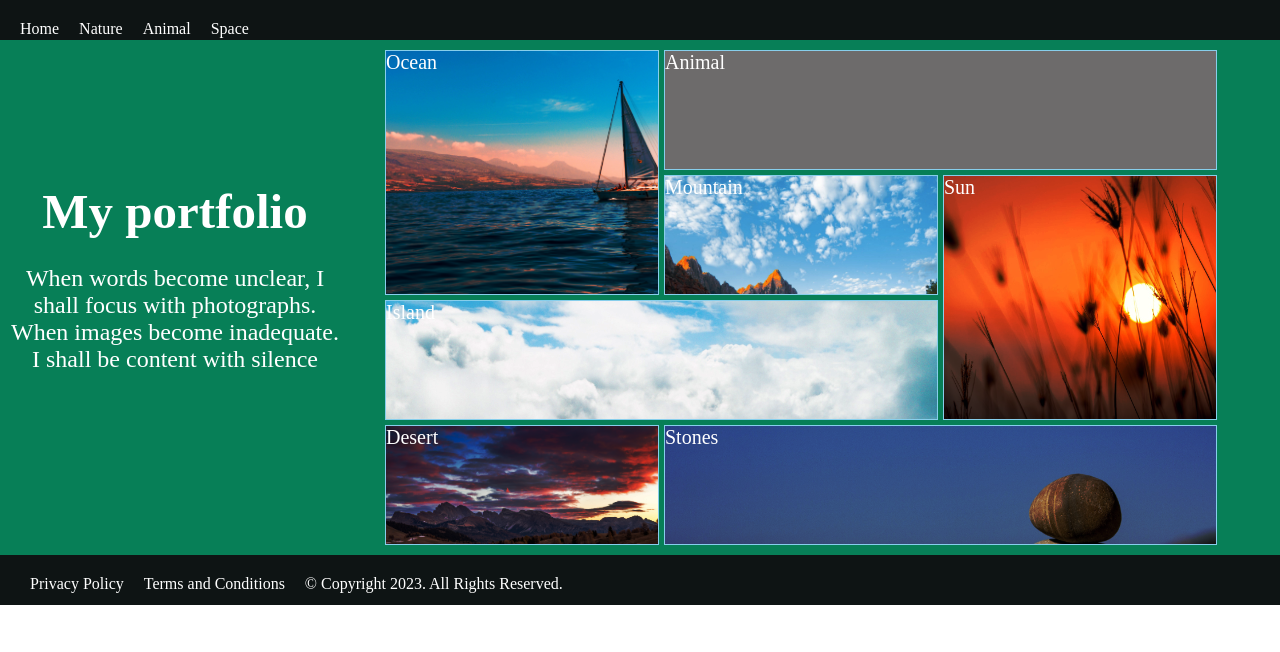
Repository: suraj-yadav7/03_Gallery_Portfolio
Page: index.html
These files come from the project's save history. The page is drawn as it stood at one moment and after the next save; the edit follows.
The browser window is 1280 px wide. The pictures show the whole page.
Pictures or frames that could not be fetched are drawn as grey boxes. Some web fonts or font styles are not loaded; a fallback is used.

Above is the page before, as saved 2023-02-14 21:26:49.

### index.html
<!DOCTYPE html>
<html lang="en">
<head>
    <meta charset="UTF-8">
    <meta http-equiv="X-UA-Compatible" content="IE=edge">
    <meta name="viewport" content="width=device-width, initial-scale=1.0">
    <title>Gallery</title>
    <link rel="stylesheet" href="style.css">
</head>
<body>
    <nav class="nav-section">
        <div class="nav-container">
        <ul class="nav-item flex">
            <li>    <a href="#">Home</a>   </li>
            <li>    <a href="#">Nature</a> </li>
            <li>    <a href="#">Animal</a> </li>
            <li>    <a href="#">Space</a> </li>
        </ul>
        </div>
    </nav>

        <div class="container flex">
            <div class="header-text">
                <h1 class="heading">My portfolio</h1>
                <p class="para">When words become unclear, I shall focus with photographs. When images become inadequate. I shall be content with silence</p>
            </div>
            <div class="gallery-layout">
                <div class="box" id="box1">Ocean</div>
                <div class="box" id="box2">Animal</div>
                <div class="box" id="box3">Mountain</div>
                <div class="box" id="box4">Sun</div>
                <div class="box" id="box5">Island</div>
                <div class="box" id="box6">Desert</div>
                <div class="box" id="box7">Stones</div>
            </div>
        </div>
        <footer>
            <div class="flex">
                <a>Privacy Policy</a>
                <a>Terms and Conditions</a>
                <a>© Copyright 2023. All Rights Reserved.</a>
            </div>
        </footer>
</body>
</html>

### style.css
@import url('https://fonts.googleapis.com/css2?family=Bodoni+Moda:ital,opsz@0,6..96;1,6..96&display=swap');

*{
    margin: 0;
    padding: 0;
    box-sizing: border-box;
}

:root{
    --primary-text-color: #1a0000;
    --secondary-text-color:  #33331a;
    --accent-color:  #cc99ff;
    --accent-dark-color: #4d88ff;
    --padding-inline-section: 20px;
}


/* Utility */


a{
    text-decoration: none;
    color: rgb(255, 255, 255);


}

.flex{
    display: flex;
    align-items: center;

}

/* Nav section */
.nav-container{
    background-color: rgb(14, 20, 20);
    padding: var(--padding-inline-section);
    font-family: 'Bodoni Moda', serif;
    font-size: 1rem;
    height: 2rem;


}
.nav-item{
    gap: 20px;
    list-style: none;
}
a:hover{
    color:#fff;
}

/*main -section */
.container{
    background-color: rgb(7, 127, 87);
    padding-block: 10px;
    gap: 35px;
    font-family: "bodoni modo" ;

}
.header-text{
    height: 250px;
   width: 350px;
    color: white;
    text-align: center;
    padding: 10px;

}
.heading{
    font-size: 49px;
}
.para{
    margin-top: 25px;
    font-size: 1.5rem;
}
.gallery-layout{
    display: grid;
    row-gap: 5px;
    column-gap: 5px;
    grid-template-columns: repeat(3, 1fr);
    grid-auto-rows: 120px;
    flex-basis: 65%;

}

.box{
    background-color: rgb(63, 60, 60);
    border: 1px solid skyblue;
    background-size: cover;
    background-position: top;
    background-blend-mode: hard-light;
    transition: all 1s ease-in-out;
    cursor: pointer;
    color: white;
    font-size: 20px;


}
.box:hover{
    background-color:rgb(210, 204, 204) ;
    background-position: center;

    box-shadow: 0 0 4px #fff;

}

#box1{
    grid-row: span 2;
    background-image: url("images/pexels-szelei-robert-1482193.jpg");


}

#box2{
    grid-column: span 2;
    background-image: url("images/pexels-dsd-1829979.jpg");

}
#box3{
    background-image: url("images/pexels-michael-block-3225517.jpg");

}

#box4{
    grid-row: span 2;
    background-image: url("images/pexels-darwis-alwan-1454752.jpg");
}

#box5{
    grid-column: span 2;
    background-image: url("images/pexels-michael-block-3225524.jpg");

}
#box6{
    background-image: url("images/pexels-michal-lizuch-2919720.jpg");

}

#box7{
    grid-column: span 2;
    background-image: url("images/pexels-pixabay-235990.jpg");

}


/* Footer */
footer{
    height: 50px;
    max-width: 100%;
    background-color: rgb(14, 20, 20);
    padding: var(--padding-inline-section);
    font-family: 'Bodoni Moda', serif;
    font-size: 1rem;
}
footer a{
margin:0 10px;
}
/* media queries for Mobile Responsiveness */

@media screen and (max-width: 1024px){

    .container{
        flex-direction: column;
        padding: 20px;
    }
    .box{
        grid-column: span 3;
        grid-row: span 1;

    }
.gallery-layout{
    margin-top:-20px;
    width: 100%;
    grid-auto-rows: 100px;
    padding-inline: 12px;
    row-gap: 10px;

}
#box2, #box5, #box7{
    grid-column: span 3;
}

}

After the next save:
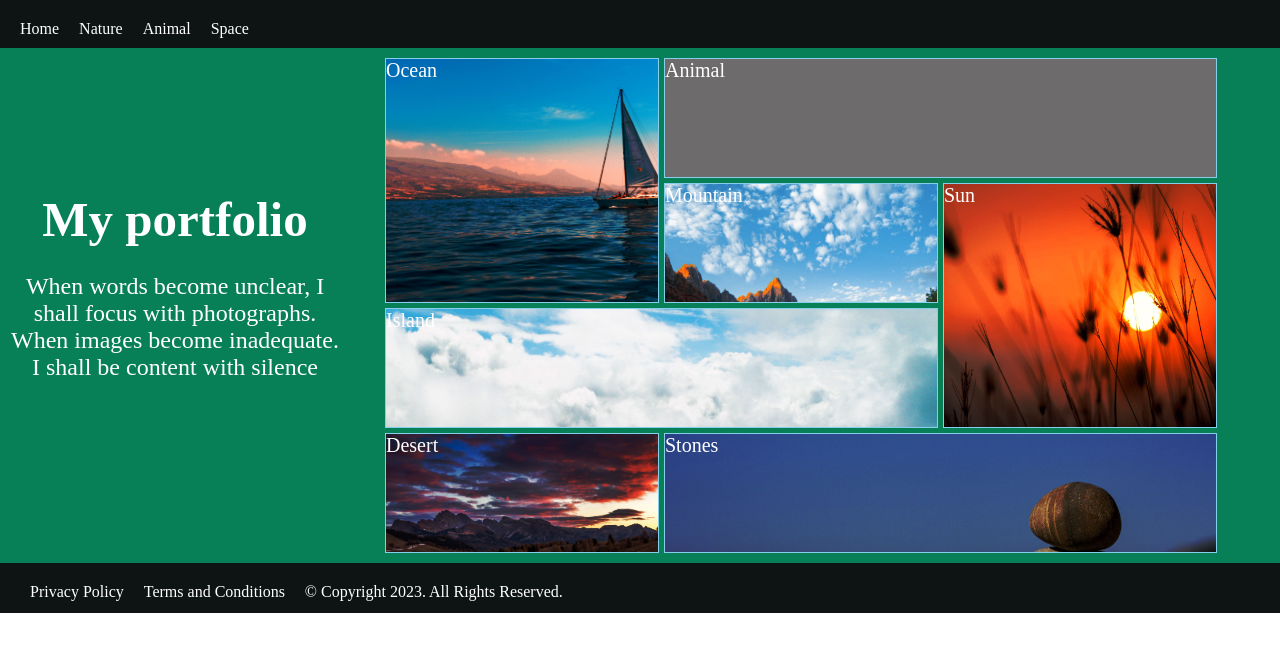
Saved 13 s later.
--- a/style.css
+++ b/style.css
@@ -37,7 +37,7 @@ a{
     padding: var(--padding-inline-section);
     font-family: 'Bodoni Moda', serif;
     font-size: 1rem;
-    height: 2rem;
+    height: 3rem;
 
 
 }
